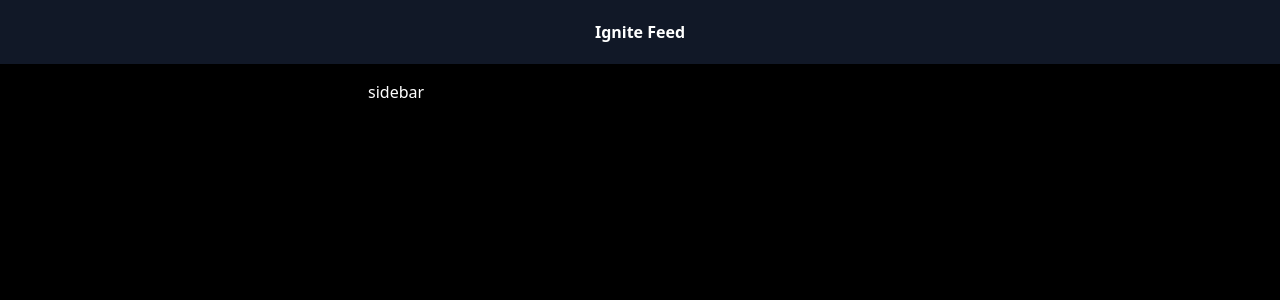
Repository: LuisSempre/ignite-feed
Page: /
These files come from the project's save history. The page is drawn as it stood at one moment and after the next save; the edit follows.
The browser window is 1280 px wide. The pictures show the whole page.
The project was rebuilt for these pictures with package versions that can differ from the ones it lists, and the page was loaded fresh each time. Also part of the build but not shown: vite.config.js.

Above is the page before, as saved 2022-07-13 21:15:44.

### src/App.jsx
import { Header } from "./Components/Header"
function App() {
  return (
    <div>
      <Header />
      <div className="max-w-xl mx-auto p-4 grid grid-cols gap-2 items-start">
        <aside>
          sidebar
        </aside>
        <main>

        </main>
      </div>
    </div>
  );
}

export default App;

### src/index.css
@tailwind base;
@tailwind components;
@tailwind utilities;

* {
    @apply bg-black text-white;
}

### src/Components/Header.jsx
export function Header() {
  return (
    <div className="flex max-w-7xl items-center justify-center h-16 bg-gray-900">
      <h1 className="font-bold bg-gray-900">Ignite Feed</h1>
    </div>
  )
}

Loaded but not shown: index.html (common file); src/main.jsx (common file); tailwind.config.js (common file)

After the next save:
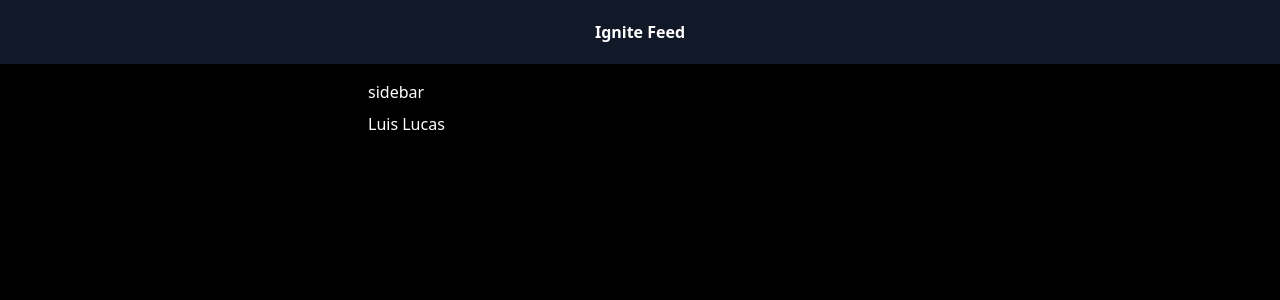
Saved 9 s later.
--- a/src/App.jsx
+++ b/src/App.jsx
@@ -8,7 +8,7 @@ function App() {
           sidebar
         </aside>
         <main>
-
+          Luis Lucas
         </main>
       </div>
     </div>
